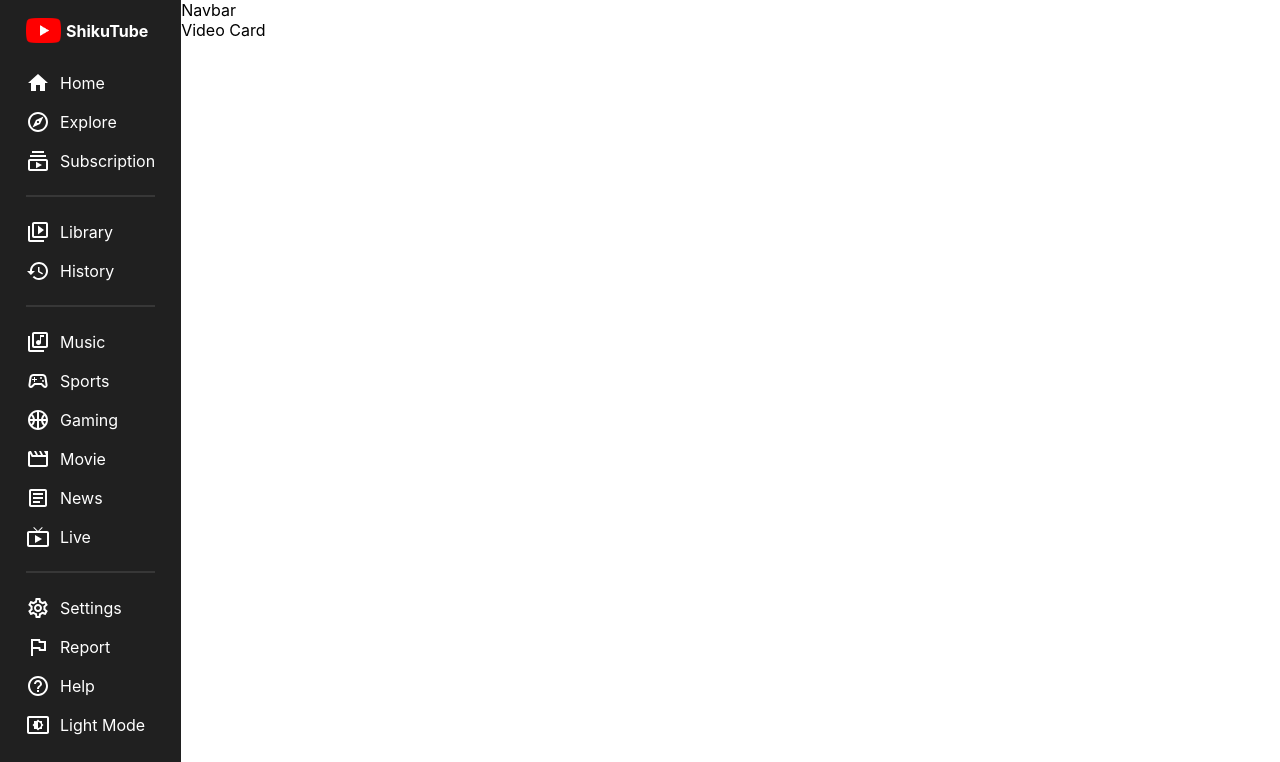
Repository: shikubro90/YouTube
Page: /
These files come from the project's save history. The page is drawn as it stood at one moment and after a run of saves; the edit follows.
The browser window is 1280 px wide. The pictures show the whole page.
The project was rebuilt for these pictures with package versions that can differ from the ones it lists, and the page was loaded fresh each time. Also part of the build but not shown: src/App.css.

Above is the page before, as saved 2022-07-17 21:57:15.

After the next 4 saves:
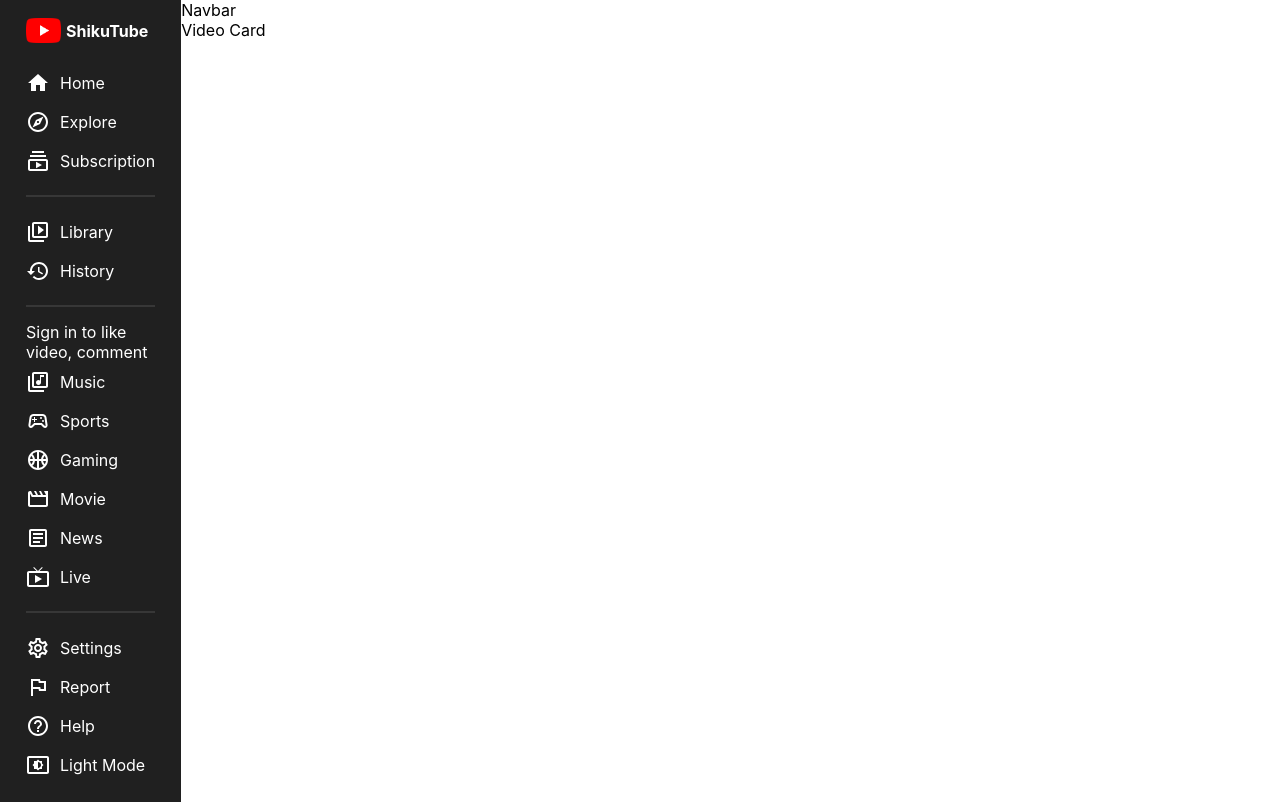
The 4 saves are shown as one change because they came seconds apart.
The last was saved 25 s later.
--- a/src/Components/Menu.jsx
+++ b/src/Components/Menu.jsx
@@ -96,7 +96,7 @@
                 </Item>
                 <Hr/>
                 <Login>
-
+                    Sign in to like video, comment
                 </Login>
                 <Item>
                     <LibraryMusicOutlinedIcon/>
